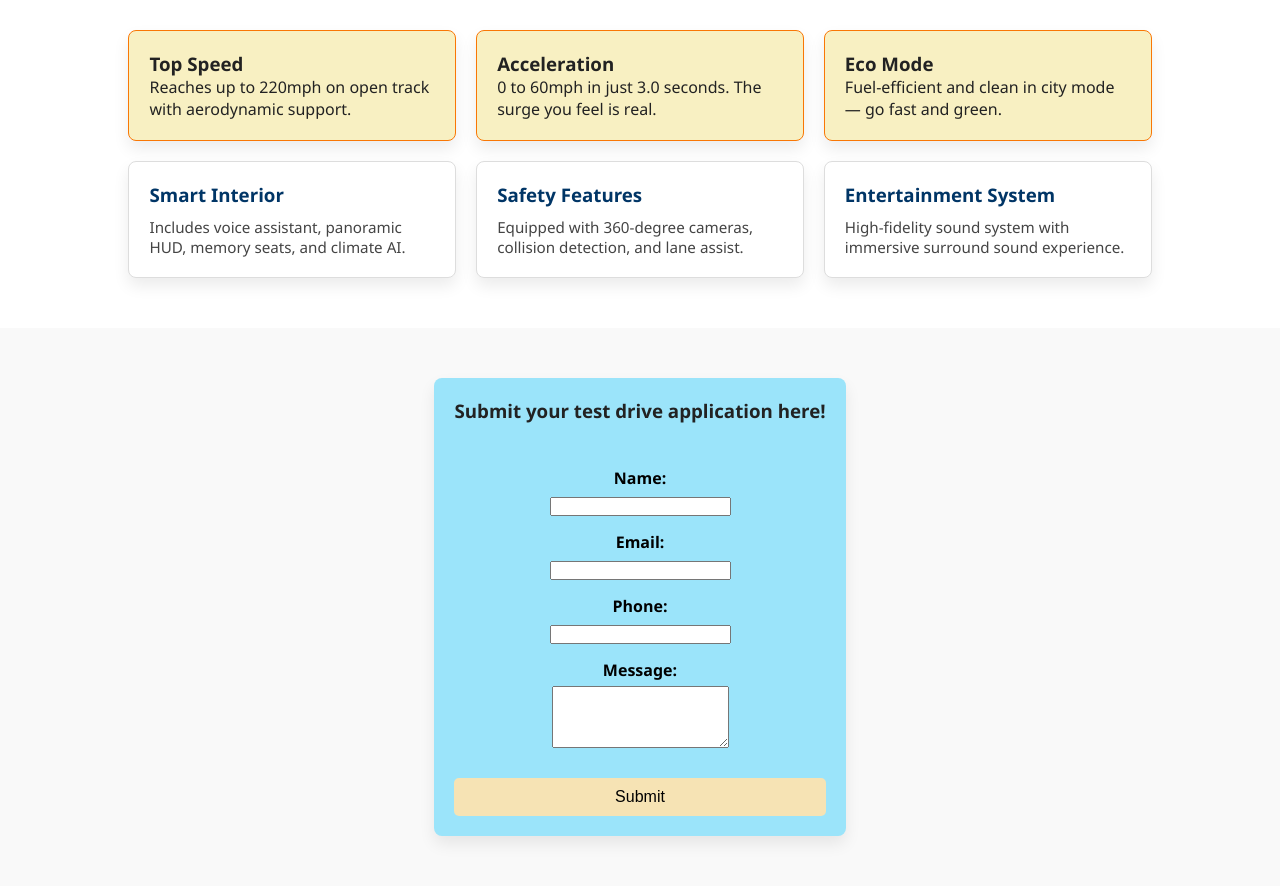
Repository: JiaheSu22/vrooom-responsive-main
Page: index.html
An editor plug-in stored every save of this project. The page is shown before and after the next save, followed by the edit.
The browser window is 1280 px wide. The pictures show the part of the page from y = 740 to 1643 px (the page is 1626 px tall before and 1643 px after).
A picture or video elsewhere on the page could not be fetched, so the positions and the page height are approximate.

Above is the page before, as saved 2025-04-11 14:59:05.

### index.html
<!DOCTYPE html>
<html lang="en">

<head>
  <meta charset="UTF-8">
  <title>Vrooom — Barracuda X10</title>
  <style>
    * {
      box-sizing: border-box;
      margin: 0;
      padding: 0;
    }

    body {
      font-family: 'Segoe UI', sans-serif;
      background-color: #f9f9f9;
      color: #222;
    }

    /* HERO SECTION */
    .hero {
      position: relative;
      height: 100vh;
      width: 100%;
      background-image: url('assets/mercedes-vision-avtr.webp');
      background-repeat: no-repeat;
      background-size: cover;
      background-position: center;
      overflow: hidden;
    }

    /* Optional dark overlay for unifying text+video contrast */
    .hero::before {
      content: "";
      position: absolute;
      inset: 0;
      background: linear-gradient(to right, rgba(0, 0, 0, 0.7), rgba(0, 0, 0, 0.1));
      z-index: 0;
    }

    /* Logo - slightly rotated, floating */
    .hero-logo {
      position: absolute;
      left: 2px;
      width: 30%;
      transform: rotate(-8deg);
      z-index: 0;
    }

    .hero-logo img {
      width: 100%;
    }

    /* Rotated text box */
    .hero-text {
      position: absolute;
      bottom: 3%;
      left: 5%;
      background: rgba(255, 255, 255, 0.1);
      padding: 30px;
      border-left: 6px solid #f6e3b4;
      border-radius: 10px;
      backdrop-filter: blur(1px);
      z-index: 0;

    }

    .hero-text h1 {
      font-size: 3em;
      color: #a0fcf7;
      margin-bottom: 10px;
    }

    .hero-text p {
      font-size: 1.2em;
      color: #fff;
    }

    /* Tilted video box */
    .hero-video {
      position: absolute;
      top: auto;
      bottom: 20px;
      right: 20px;
      box-shadow: 0 10px 20px rgba(0, 0, 0, 0.6);
      z-index: 0;
      border-radius: 5px;
      overflow: hidden;
      transition: transform 0.3s ease;
    }

    .hero-video:hover {
      transform: scale(1.3);
    }

    .hero-video video {
      width: 100%;
      display: block;
      border-radius: 2px;
    }

    /* CARD SECTION */
    .card-section {
      display: flex;
      flex-wrap: wrap;
      justify-content: center;
      gap: 20px;
      padding: 50px 10%;
      background-color: #ffffff;
    }

    .top-card {
      background: rgb(248, 240, 194);
      border: 1px solid #f97705;
      border-radius: 8px;
      box-shadow: 0 8px 16px rgba(0, 0, 0, 0.08);
      padding: 20px;
      width: 32%;
      transition: transform 0.3s ease;
    }

    .card {
      background: white;
      border: 1px solid #ddd;
      border-radius: 8px;
      box-shadow: 0 8px 16px rgba(0, 0, 0, 0.08);
      width: 32%;
      padding: 20px;
      transition: transform 0.3s ease;
    }

    .top-card:hover {
      transform: translateY(10px);
      box-shadow: 0 12px 24px rgba(101, 247, 205, 0.1);
    }

    .card:hover {
      transform: translateY(-5px);
      box-shadow: 0 12px 24px rgba(0, 0, 0, 0.1);
    }

    .card h3 {
      margin-bottom: 10px;
      color: #003566;
    }

    .card p {
      font-size: 0.95em;
      color: #444;
    }

    .form-section {
      display: flex;
      flex-direction: column;
      background: #f9f9f9;
      padding: 50px 10%;
      text-align: center;
    }

    .form-section form {
      display: flex;
      flex-direction: column;
      background: rgb(155, 228, 250);
      border-radius: 8px;
      box-shadow: 0 8px 16px rgba(0, 0, 0, 0.08);
      padding: 20px;
      margin: auto;
    }

    .form-section label {
      display: block;
      font-weight: bold;
      margin-bottom: 5px;
      color: #000000;
    }

    .form-section .form {
      margin-bottom: 15px;
    }

    .form-section button {
      background: #f6e3b4;
      color: #000000;
      border: none;
      padding: 10px 20px;
      border-radius: 5px;
      cursor: pointer;
      font-size: 1em;
      margin-top: 10px;
      transition: background 0.3s ease;
    }

    .form-section button:hover {
      background: #f97705;
      color: #fff;
    }


    /* Responsive Adjustments */
    @media (max-width: 768px) {
      .hero-text {
        position: static;
        margin: 20px auto;
        background: rgba(0, 0, 0, 0.7);
        text-align: center;
      }

      .hero-video {
        position: static;
        width: 90%;
        margin: 20px auto;
      }

      .card-section {

        align-items: center;
        padding: 30px 5%;
      }
    }
  </style>
</head>

<body>

  <!-- HERO SECTION -->
  <section class="hero">

    <!-- Logo -->
    <div class="hero-logo">
      <img src="assets/logo-enh.png" alt="Vrooom Logo">
    </div>

    <!-- Text -->
    <div class="hero-text">
      <h1>Mercedes Vision AVTR</h1>
      <p>A marriage between art and science.</p>
    </div>

    <!-- Video -->
    <div class="hero-video">
      <video autoplay loop muted>
        <source src="assets/avtr-demo.mp4" type="video/mp4">
        Your browser does not support the video tag.
      </video>
    </div>

  </section>

  <!-- CARD SECTION -->
  <section class="card-section">
    <div class="top-card">
      <h3>Top Speed</h3>
      <p>Reaches up to 220mph on open track with aerodynamic support.</p>
    </div>
    <div class="top-card">
      <h3>Acceleration</h3>
      <p>0 to 60mph in just 3.0 seconds. The surge you feel is real.</p>
    </div>
    <div class="top-card">
      <h3>Eco Mode</h3>
      <p>Fuel-efficient and clean in city mode — go fast and green.</p>
    </div>
    <div class="card">
      <h3>Smart Interior</h3>
      <p>Includes voice assistant, panoramic HUD, memory seats, and climate AI.</p>
    </div>
    <div class="card">
      <h3>Safety Features</h3>
      <p>Equipped with 360-degree cameras, collision detection, and lane assist.</p>
    </div>
    <div class="card">
      <h3>Entertainment System</h3>
      <p>High-fidelity sound system with immersive surround sound experience.</p>
    </div>
  </section>

  <section class="form-section">
    <form action="">
      <h3>Submit your test drive application here!</h3> <br><br>
      <div class="form">
        <label for="name">Name:</label>
        <input type="text" id="name" name="name" required>
      </div>
      <div class="form">
        <label for="email">Email:</label>
        <input type="email" id="email" name="email" required>
      </div>
      <div class="form">
        <label for="phone">Phone:</label>
        <input type="tel" id="phone" name="phone" required>
      </div>
      <div class="form">
        <label for="message">Message:</label>
        <textarea id="message" name="message" rows="4" required></textarea>
      </div>
      <button type="submit">Submit</button>
    </form>
  </section>
</body>

</html>

After the next save:
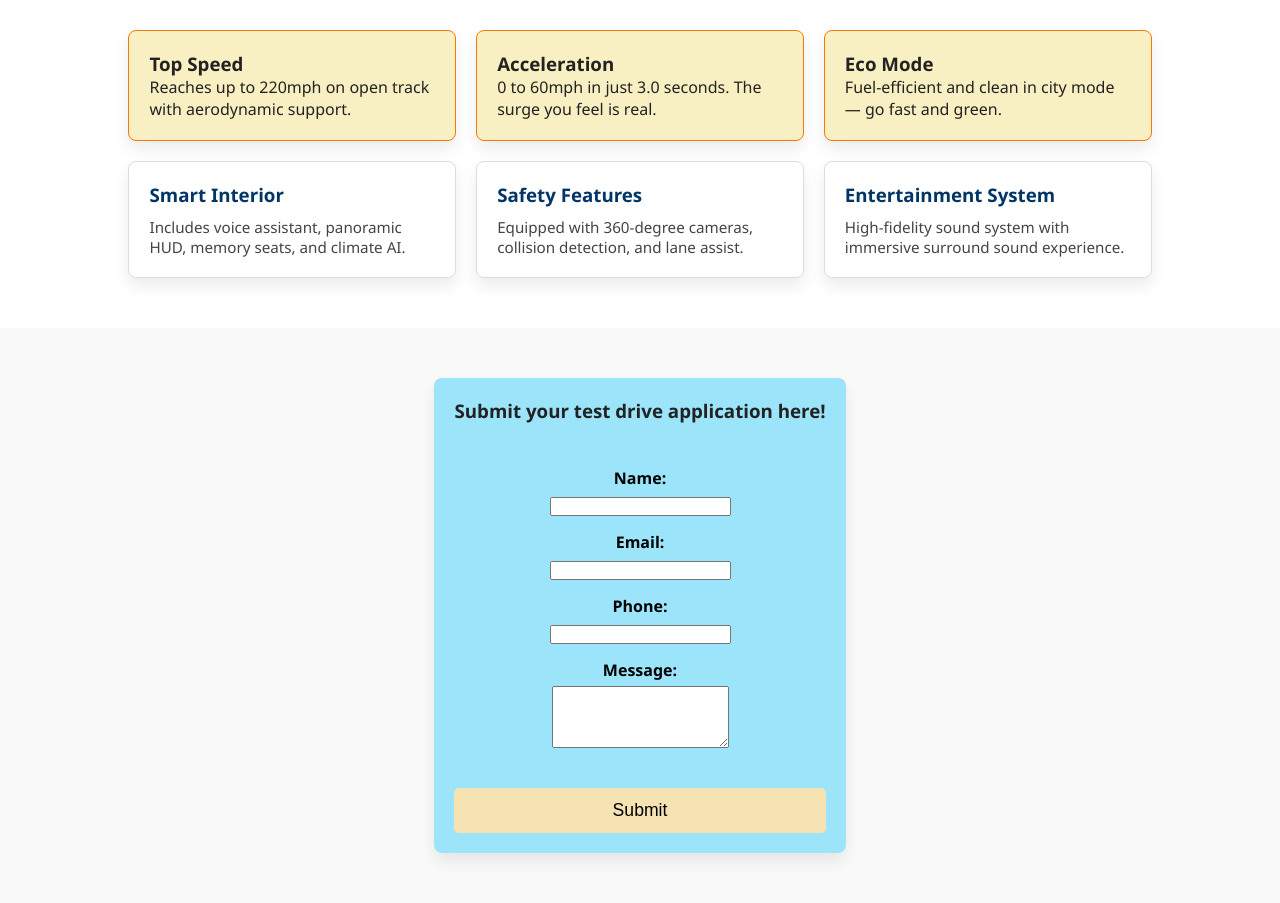
Saved 8 min 10 s later.
--- a/index.html
+++ b/index.html
@@ -182,11 +182,12 @@
       background: #f6e3b4;
       color: #000000;
       border: none;
-      padding: 10px 20px;
+      padding: 12px 25px;
       border-radius: 5px;
       cursor: pointer;
-      font-size: 1em;
-      margin-top: 10px;
+      font-size: 1.1em;
+      margin-top: 20px;
+      /* 增加与表单项的间距 */
       transition: background 0.3s ease;
     }
 
